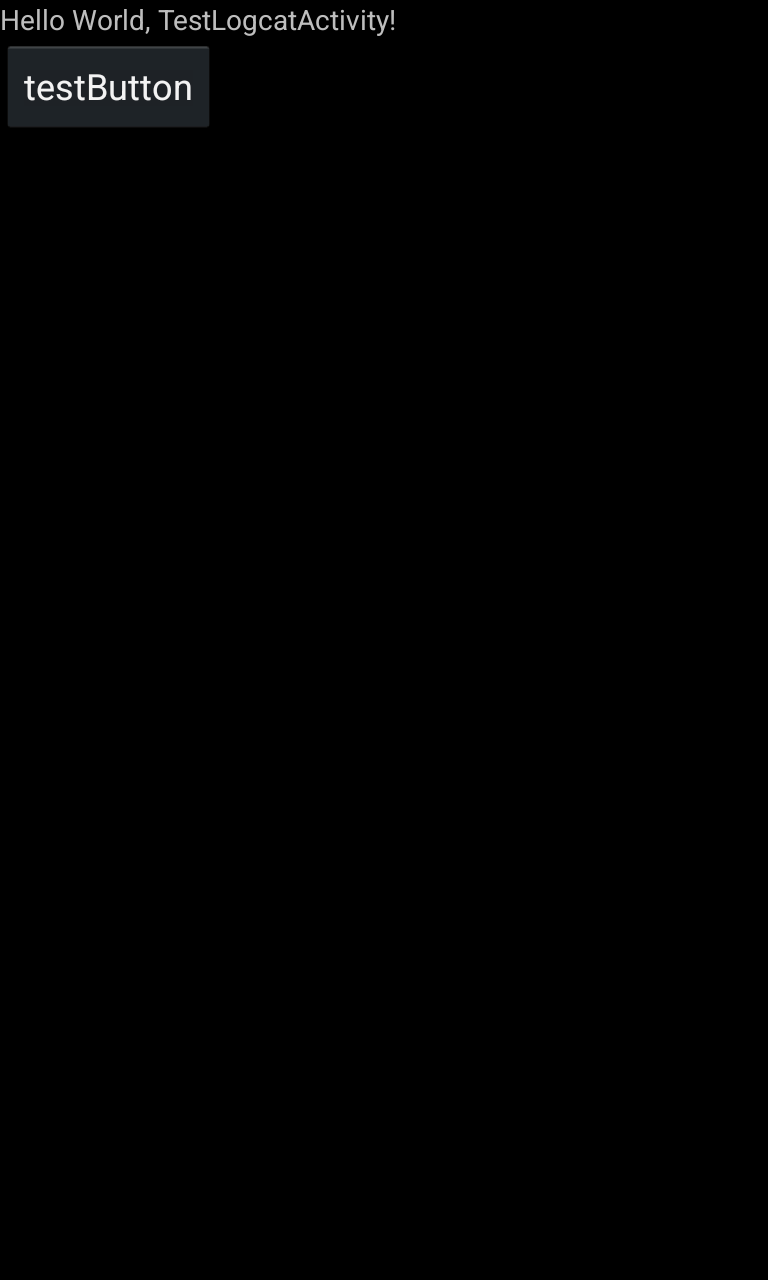
Repository: GuangmingChan/DevelopAndroidApp
Layout: testLogcat/res/layout/main.xml
These files come from the project's save history. The layout is drawn as it stood at one moment and after the next save; the edit follows.
It is drawn on a 768 x 1280 px phone screen (xhdpi) without system bars, with theme android:Theme.Holo; the app's code is not run.

Above is the layout before, as saved 2017-03-07 14:14:46.

After the next save:
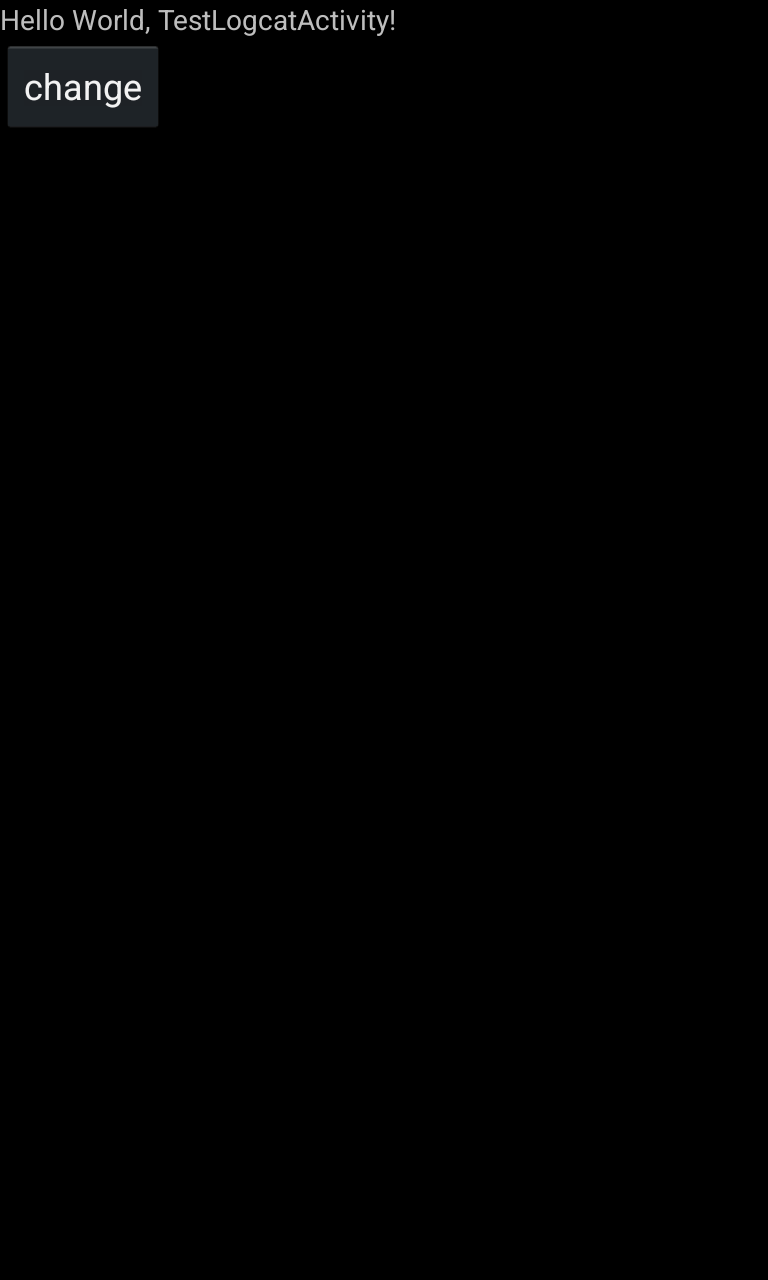
Saved 5 s later.
--- a/testLogcat/res/layout/main.xml
+++ b/testLogcat/res/layout/main.xml
@@ -14,6 +14,6 @@
         android:id="@+id/testbutton"
         android:layout_width="wrap_content"
         android:layout_height="wrap_content"
-        android:text="testButton" />
+        android:text="change" />
 
 </LinearLayout>
